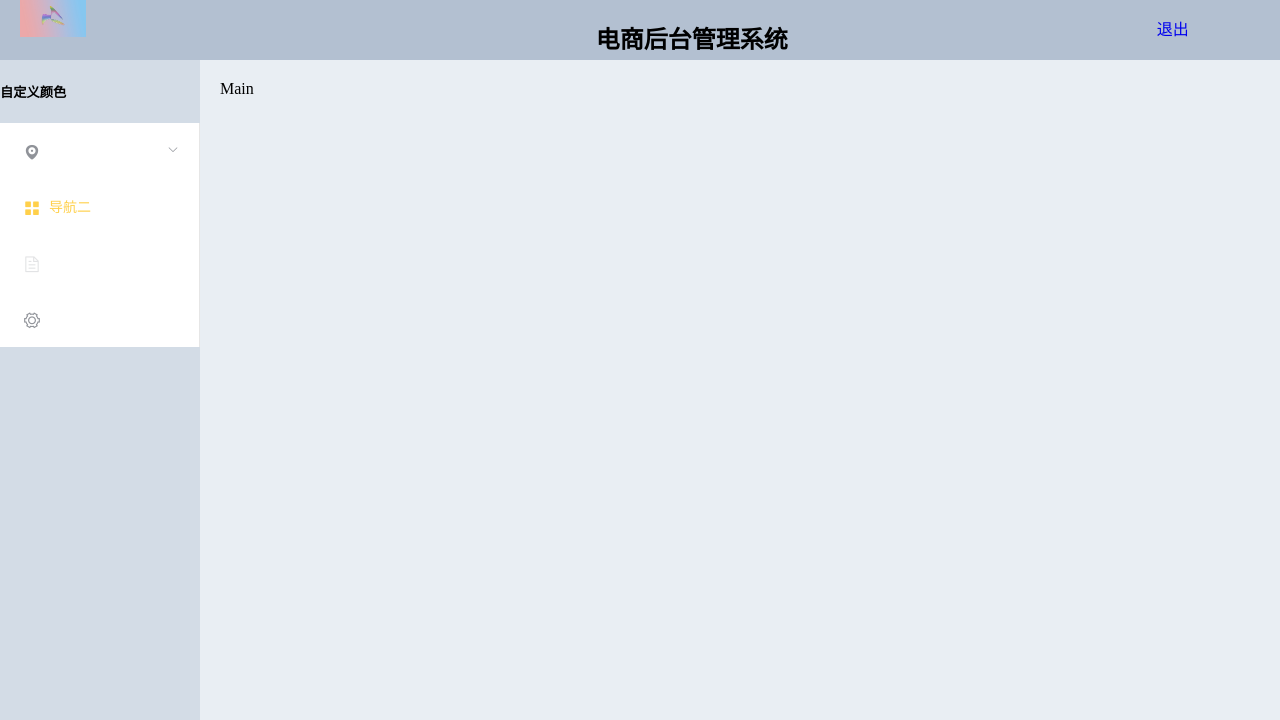
Repository: StenphonCook/mallmanger_my
Page: /
These files come from the project's save history. The page is drawn as it stood at one moment and after the next save; the edit follows.
The browser window is 1280 px wide. The pictures show the whole page.
The project was rebuilt for these pictures with package versions that can differ from the ones it lists, and the page was loaded fresh each time. Also part of the build but not shown: src/components/login/login.vue.

Above is the page before, as saved 2022-05-18 22:25:05.

### index.html
<!DOCTYPE html>
<html>
  <head>
    <meta charset="utf-8">
    <meta name="viewport" content="width=device-width,initial-scale=1.0">
    <title>mallmanager_my</title>
  </head>
  <body>
    <div id="app"></div>
    <!-- built files will be auto injected -->
  </body>
</html>

### src/main.js
// The Vue build version to load with the `import` command
// (runtime-only or standalone) has been set in webpack.base.conf with an alias.
import Vue from 'vue'
import App from './App'
import router from './router'
import MyHttpServe from '@/plugins/http';
import ElementUI from 'element-ui';
import 'element-ui/lib/theme-chalk/index.css';
import '@/assets/css/reset.css'


Vue.use(ElementUI);
Vue.use(MyHttpServe)

Vue.config.productionTip = false

/* eslint-disable no-new */
new Vue({
    el: '#app',
    router,
    // render:(h)=>h{App}下方代码等价写法，
    components: { App },
    template: '<App/>'
})

### src/App.vue
<template>
  <div id="app">
    <router-view/>
  </div>
</template>

<script>
export default {
  name: 'App'
}
</script>

<style>
  #app{
    height: 100%;
  }
</style>

### src/router/index.js
import Vue from 'vue'
import Router from 'vue-router'
import Login from '@/components/login/login.vue'
import Home from '@/components/home/home.vue'
Vue.use(Router)

export default new Router({
    routes: [{
            name: 'login',
            path: '/login',
            component: Login
        },

        {
            name: 'home',
            path: '/',
            component: Home
        }
    ]
})

### src/plugins/http.js
//插件模块

import axios from "axios";
const MyHttpServe = {}

MyHttpServe.install = (Vue) => {
    // 设置基准接口
    axios.defaults.baseURL = 'http://127.0.0.1:8888/api/private/v1/'
        // 4. 添加实例方法
    Vue.prototype.$http = axios
}

export default MyHttpServe

### src/assets/css/reset.css
html,
body {
    height: 100%;
    padding: 0;
    margin: 0;
}

### src/components/home/home.vue
<template>
    <el-container class="container">
        <el-header class="header">
            <el-row>
                <el-col :span="4">
                <div class="grid-content bg-purple">
                    <img src="../../assets/logo.jpg" width="32%" alt="无法显示图片">
                </div>
                </el-col>
                <el-col :span="18" class="middle">
                    <h2>电商后台管理系统</h2>
                </el-col>
                <el-col :span="2">
                <div class="grid-content bg-purple">
                    <a class="loginOut" href="#">退出</a>
                </div>
                </el-col>
            </el-row>
        </el-header>
        <el-container>
            <el-aside class="aside" width="200px">
                  <el-col  :span="24">
                    <h5>自定义颜色</h5>
                    <el-menu
                    default-active="2"
                    class="el-menu-vertical-demo"
                    @open="handleOpen"
                    @close="handleClose"
                    text-color="#fff"
                    active-text-color="#ffd04b">
                    <el-submenu index="1">
                        <template slot="title">
                        <i class="el-icon-location"></i>
                        <span>导航一</span>
                        </template>
                        <el-menu-item-group>
                        <template slot="title">分组一</template>
                        <el-menu-item index="1-1">选项1</el-menu-item>
                        <el-menu-item index="1-2">选项2</el-menu-item>
                        </el-menu-item-group>
                        <el-menu-item-group title="分组2">
                        <el-menu-item index="1-3">选项3</el-menu-item>
                        </el-menu-item-group>
                        <el-submenu index="1-4">
                        <template slot="title">选项4</template>
                        <el-menu-item index="1-4-1">选项1</el-menu-item>
                        </el-submenu>
                    </el-submenu>
                    <el-menu-item index="2">
                        <i class="el-icon-menu"></i>
                        <span slot="title">导航二</span>
                    </el-menu-item>
                    <el-menu-item index="3" disabled>
                        <i class="el-icon-document"></i>
                        <span slot="title">导航三</span>
                    </el-menu-item>
                    <el-menu-item index="4">
                        <i class="el-icon-setting"></i>
                        <span slot="title">导航四</span>
                    </el-menu-item>
                    </el-menu>
                </el-col>
            </el-aside>
            <el-main class="main">Main</el-main>
        </el-container>
    </el-container>
</template>

<script>
    export default {
        name:'Home'
    }
</script>

<style>
    .container{
        height: 100%;
    }
    .header{
        background-color: #b3c0d1;
    }
    .aside{
        background-color: #d3dce6;
    }
    .main{
        background-color: #e9eef3;
        height: 100%;
    }
    /* 头部样式 */
    .middle{
        text-align: center;
    }
    .loginOut{
        text-decoration: none;
        line-height: 60px;
    }
</style>

After the next save:
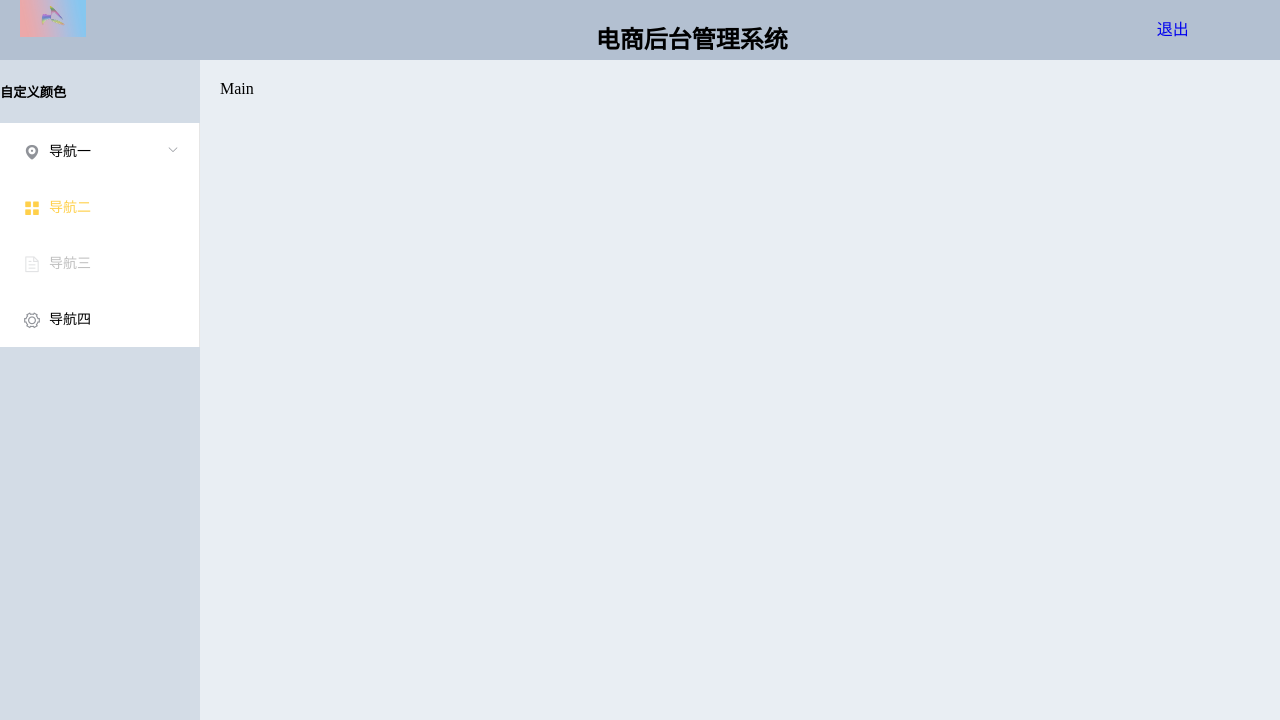
Saved 12 s later.
--- a/src/components/home/home.vue
+++ b/src/components/home/home.vue
@@ -26,7 +26,7 @@
                     class="el-menu-vertical-demo"
                     @open="handleOpen"
                     @close="handleClose"
-                    text-color="#fff"
+                    text-color="#000"
                     active-text-color="#ffd04b">
                     <el-submenu index="1">
                         <template slot="title">
